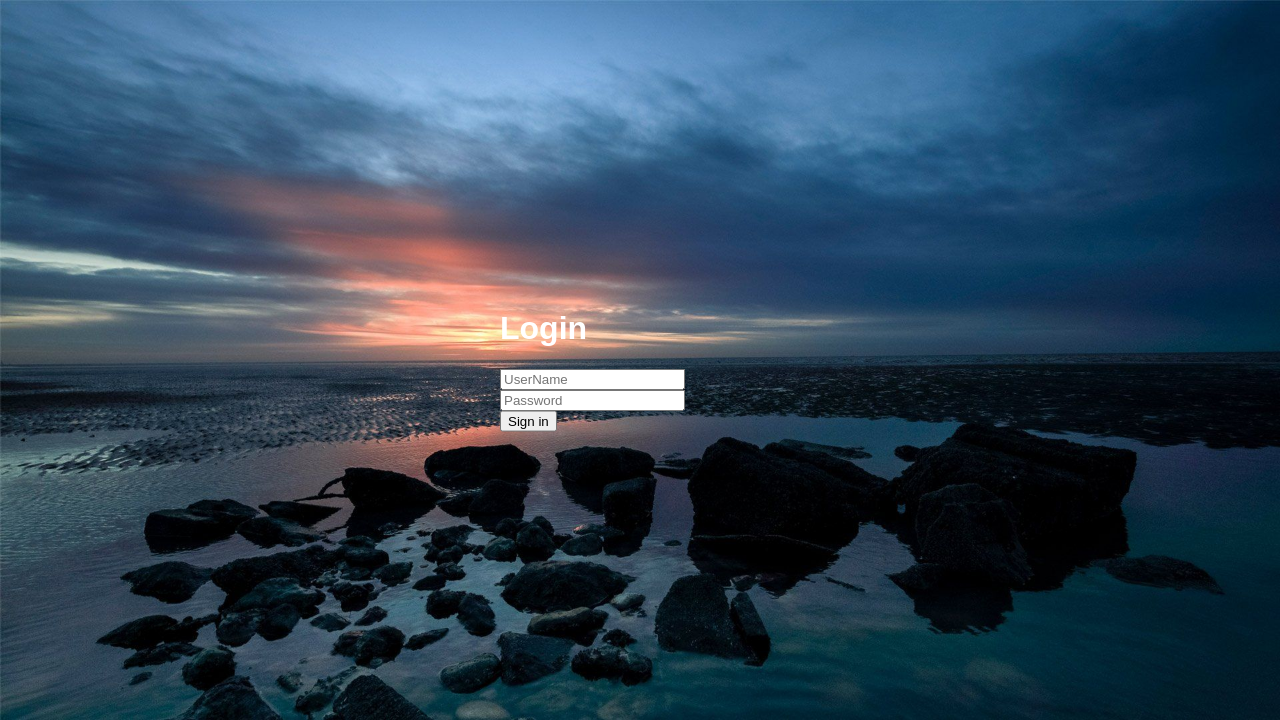
Repository: Berilinanir/Login-Logout-System
Page: Loginn/WebContent/login.html
These files come from the project's save history. The page is drawn as it stood at one moment and after the next save; the edit follows.
The browser window is 1280 px wide. The pictures show the whole page.

Above is the page before, as saved 2018-10-13 10:59:46.

After the next save:
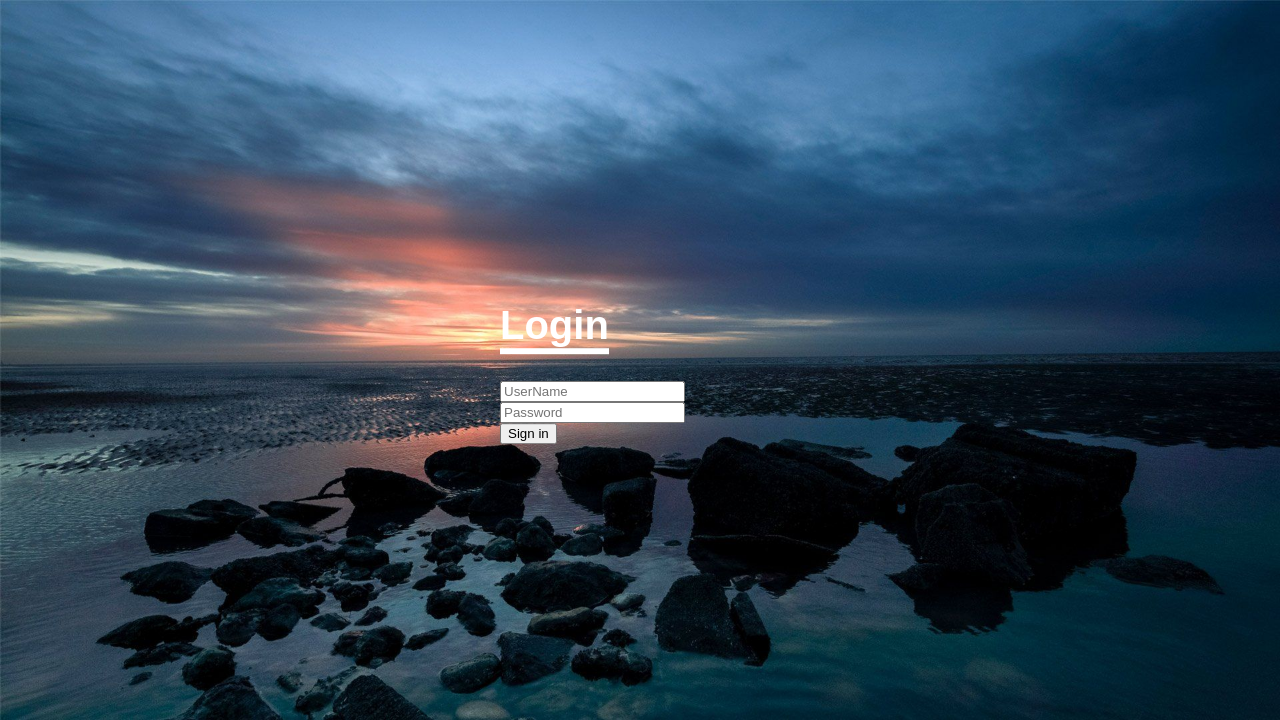
Saved 2 min 30 s later.
--- a/Loginn/WebContent/style2.css
+++ b/Loginn/WebContent/style2.css
@@ -20,3 +20,11 @@ body{
 	  color:white;
 
 }
+
+.login-box h1{
+
+	float:left;
+	font-size:40px;
+	border-bottom:6px solid;
+
+}
